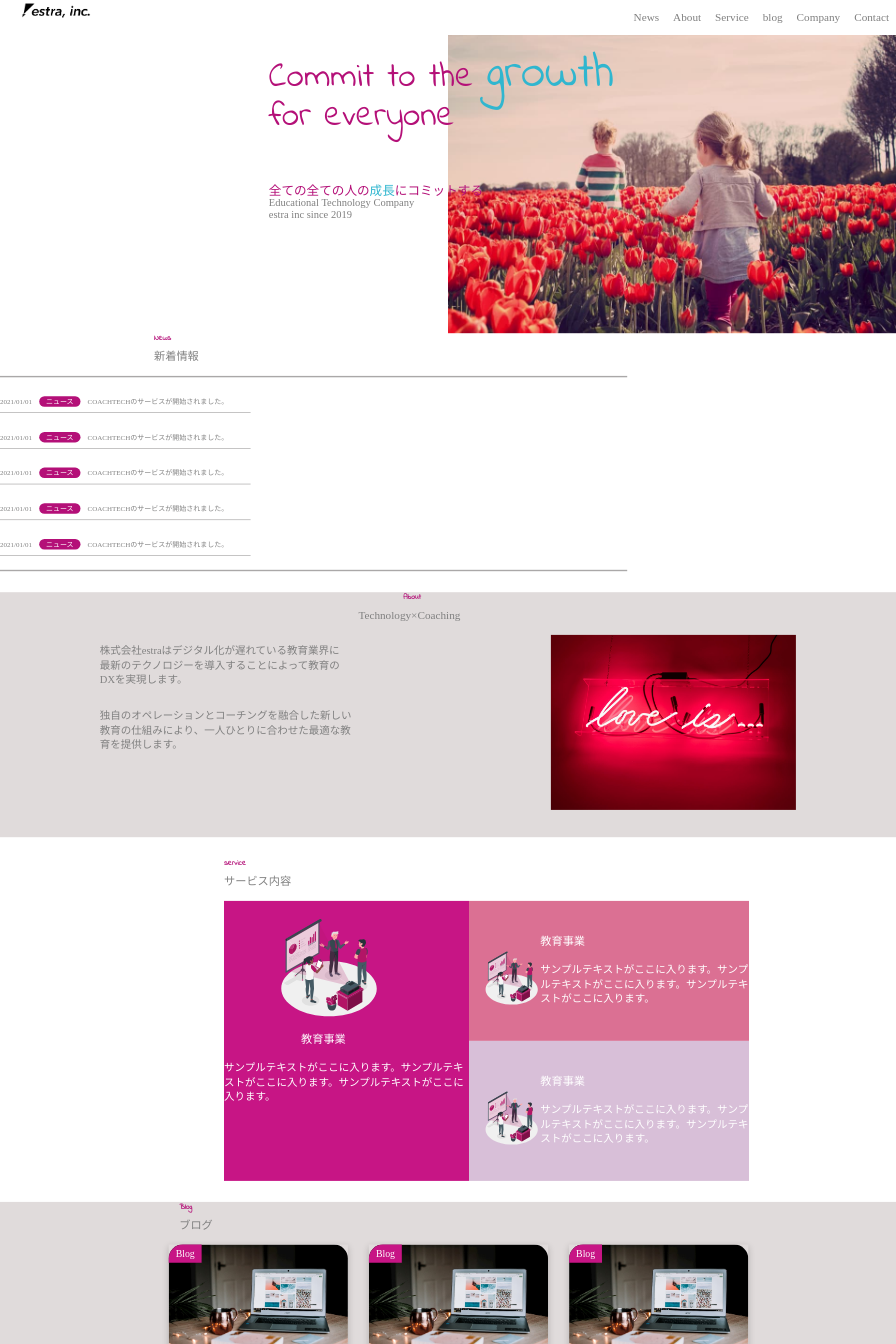
Repository: sigemasaasuka/20210902
Page: index.html
These files come from the project's save history. The page is drawn as it stood at one moment and after the next save; the edit follows.
The browser window is 1280 px wide. The pictures show the part of the page from y = 0 to 1920 px (the page is 3297 px tall), at 70% of full size.

Above is the page before, as saved 2021-10-05 19:13:48.

After the next save:
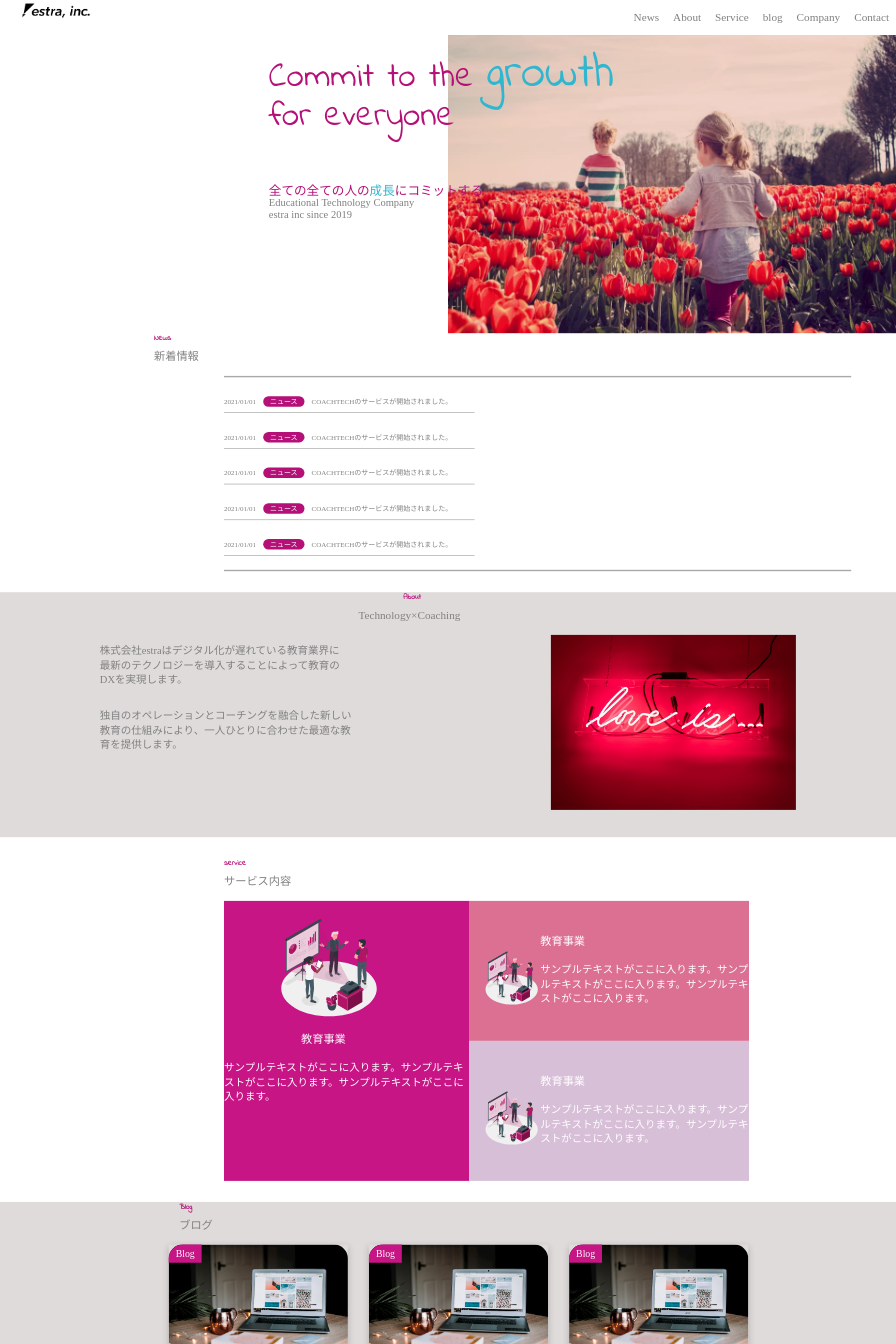
Saved 6 s later.
--- a/css/style.css
+++ b/css/style.css
@@ -88,7 +88,7 @@
 }
 
 .local {
- margin-left: ;
+ margin-left: 25%;
   border-color: rgb(170, 168, 168);
   border-top: solid 2px rgb(170, 168, 168);
   border-bottom: solid 2px rgb(170, 168, 168);
